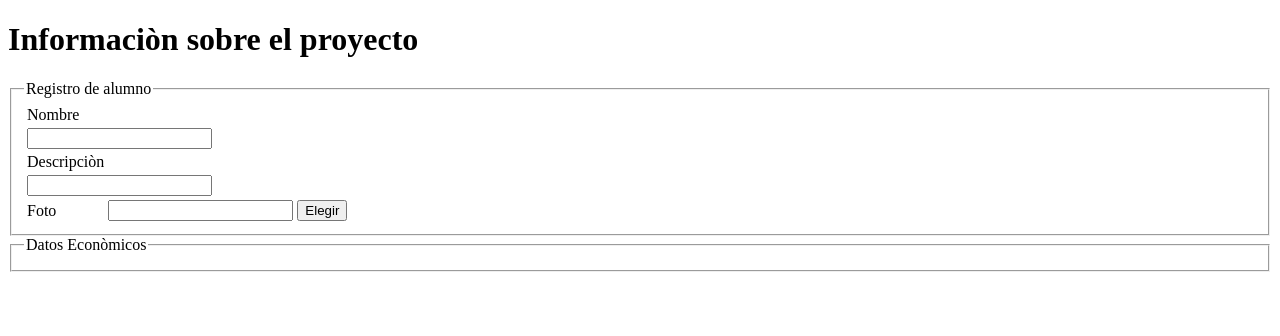
Repository: hoscanoa/Clases-LPII
Page: LPIISemana01/LPII-Semana01/WebContent/inicio.html
These files come from the project's save history. The page is drawn as it stood at one moment and after the next save; the edit follows.
The browser window is 1280 px wide. The pictures show the whole page.

Above is the page before, as saved 2014-09-18 22:02:38.

After the next save:
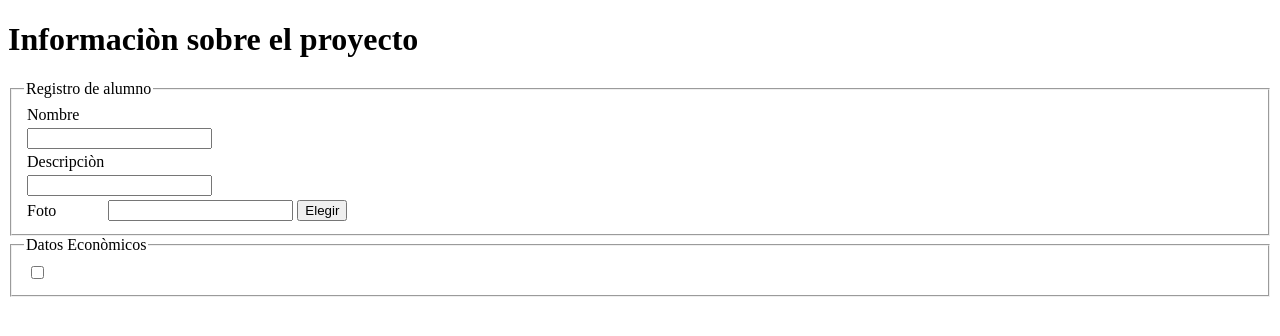
Saved 2 min 7 s later.
--- a/LPIISemana01/LPII-Semana01/WebContent/inicio.html
+++ b/LPIISemana01/LPII-Semana01/WebContent/inicio.html
@@ -14,8 +14,7 @@
 					<td>Nombre</td>
 				</tr>
 				<tr>
-					<td colspan="2"><input type="text" name="nombre">
-					</td>
+					<td colspan="2"><input type="text" name="nombre"></td>
 				</tr>
 				<tr>
 					<td>Descripciòn</td>
@@ -28,16 +27,20 @@
 				<tr>
 					<td>Foto</td>
 
-					<td><input type="text" name="descripcion">
-					</td>
-					<td><input type="button" value="Elegir">
-					</td>
+					<td><input type="text" name="descripcion"></td>
+					<td><input type="button" value="Elegir"></td>
 				</tr>
 
 			</table>
 		</fieldset>
 		<fieldset>
 			<legend>Datos Econòmicos</legend>
+			<table>
+				<tr>
+					<td><input type="checkbox" value="Añadir contador de visitas">
+					</td>
+				</tr>
+			</table>
 		</fieldset>
 	</form>
 
